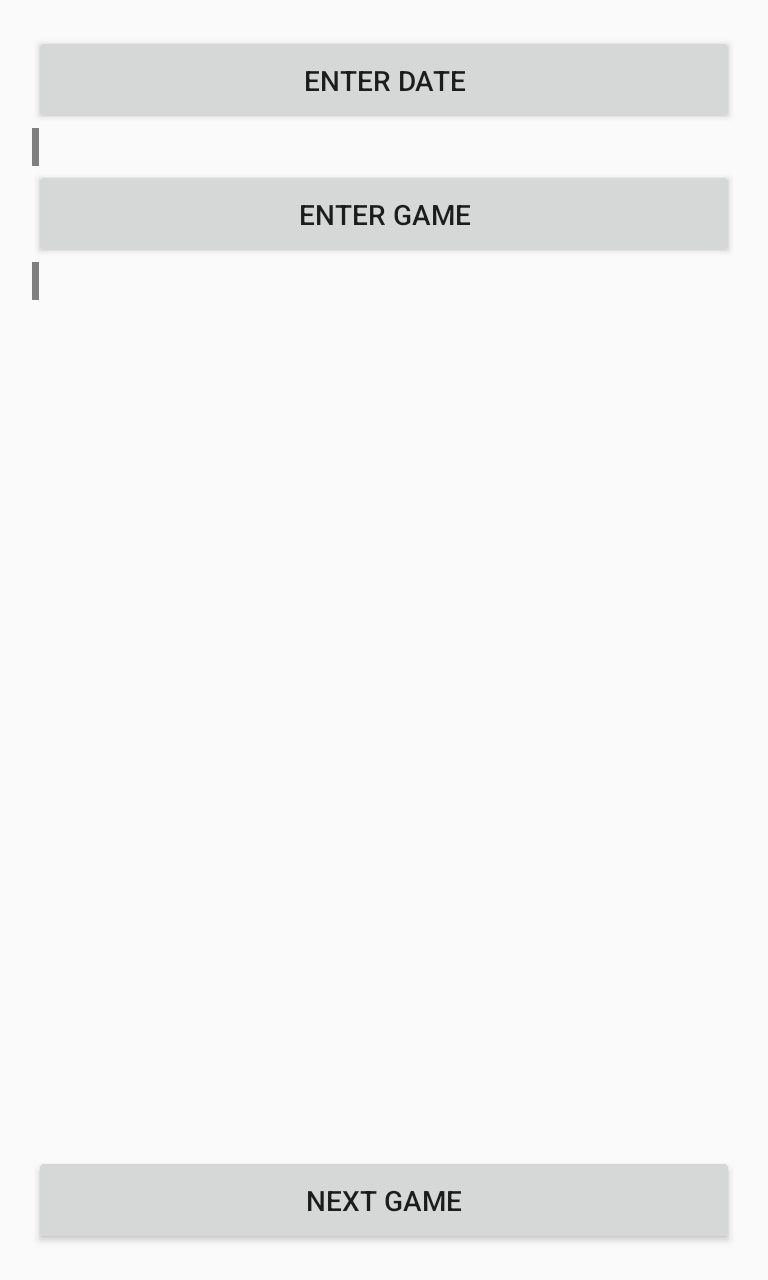
Repository: charlesweng/school
Layout: simpleandroidapps/GettingToKnowUIActivities/charleswengScoringProject/charleswengScoring/res/layout/activity_main.xml
An editor plug-in stored every save of this project. The layout is shown before and after the next save, followed by the edit.
Pictures or frames that could not be fetched are drawn as grey boxes. It is drawn on a 768 x 1280 px phone screen (xhdpi) without system bars, with theme AppTheme; the app's code is not run.

Above is the layout before, as saved 2014-04-28 05:39:15.

After the next save:
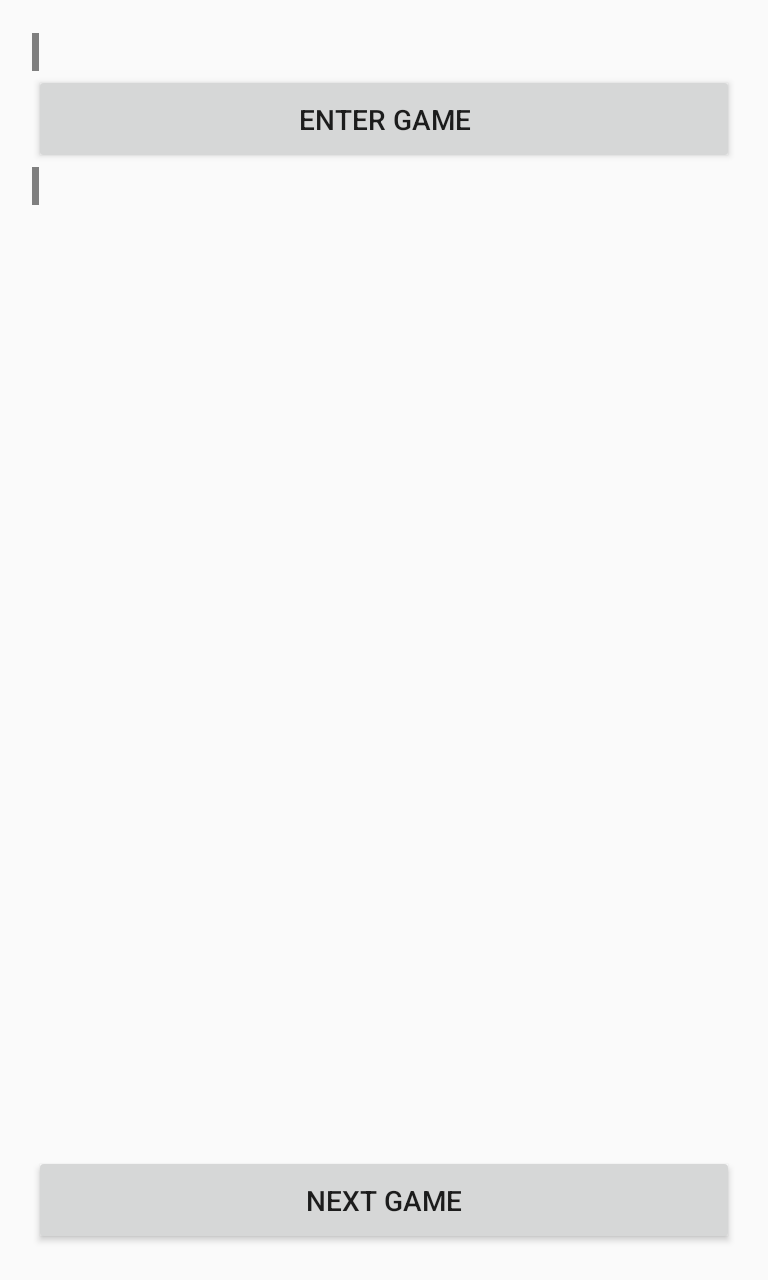
Saved 15 s later.
--- a/simpleandroidapps/GettingToKnowUIActivities/charleswengScoringProject/charleswengScoring/res/layout/activity_main.xml
+++ b/simpleandroidapps/GettingToKnowUIActivities/charleswengScoringProject/charleswengScoring/res/layout/activity_main.xml
@@ -14,7 +14,7 @@
     <Button
         android:id="@+id/datebutton"
         android:layout_width="fill_parent"
-        android:layout_height="wrap_content"
+        android:layout_height="0.5dp"
         android:layout_alignParentTop="true"
         android:layout_centerHorizontal="true"
         android:text="@string/enter_date"
